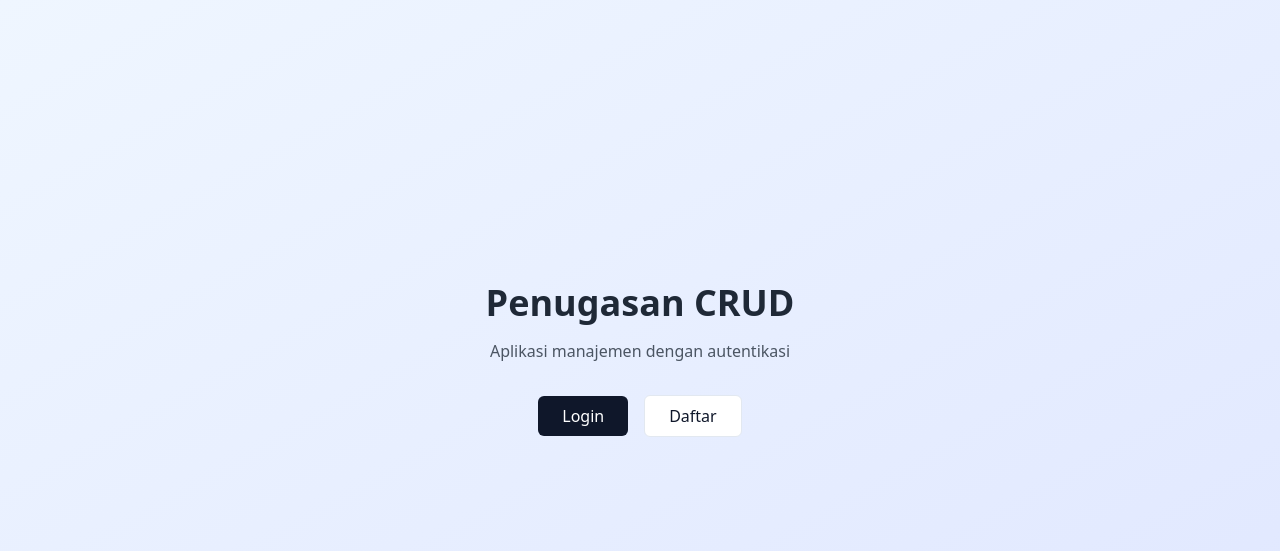
Repository: jalUNStrict/Penugasan_CRUD
Page: / (app in frontend/)
The author's editor kept a copy of each file at every save. The page is drawn from the files as they stood at one save, then again after the next save.
The browser window is 1280 px wide. The pictures show the whole page.
The project was rebuilt for these pictures with package versions that can differ from the ones it lists, and the page was loaded fresh each time. The framework's server and built-in components were replaced by stand-ins that run in the browser. Also part of the build but not shown: frontend/next.config.js.

Above is the page before, as saved 2026-05-21 14:29:58.

### frontend/src/app/layout.tsx
import type { Metadata } from 'next';
import '../globals.css';

export const metadata: Metadata = {
  title: 'Penugasan CRUD',
  description: 'Aplikasi CRUD dengan autentikasi',
};

export default function RootLayout({
  children,
}: {
  children: React.ReactNode;
}) {
  return (
    <html lang="id">
      <body className="bg-slate-50">{children}</body>
    </html>
  );
}

### frontend/src/app/page.tsx
export default function Home() {
  return (
    <div className="min-h-screen flex items-center justify-center bg-gradient-to-br from-blue-50 to-indigo-100">
      <div className="text-center">
        <h1 className="text-4xl font-bold text-gray-800 mb-4">Penugasan CRUD</h1>
        <p className="text-gray-600 mb-8">Aplikasi manajemen dengan autentikasi</p>
        <div className="space-x-4">
          <a
            href="/login"
            className="inline-block px-6 py-2 bg-slate-900 text-white rounded-md hover:bg-slate-800"
          >
            Login
          </a>
          <a
            href="/register"
            className="inline-block px-6 py-2 bg-white text-slate-900 border border-slate-200 rounded-md hover:bg-slate-50"
          >
            Daftar
          </a>
        </div>
      </div>
    </div>
  );
}

### frontend/tailwind.config.ts
import type { Config } from 'tailwindcss'

const config: Config = {
  content: [
    './src/pages/**/*.{js,ts,jsx,tsx,mdx}',
    './src/components/**/*.{js,ts,jsx,tsx,mdx}',
    './src/app/**/*.{js,ts,jsx,tsx,mdx}',
  ],
  theme: {
    extend: {},
  },
  plugins: [],
}
export default config

Loaded but not shown: frontend/src/globals.css (common file)

After the next save:
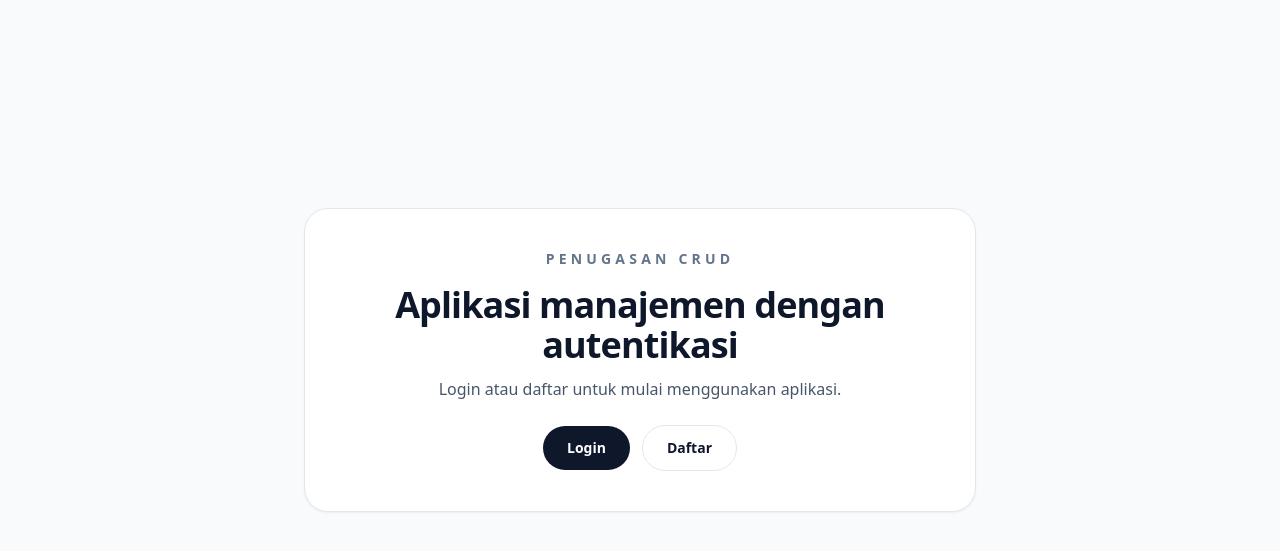
Saved 9 s later.
--- a/frontend/src/app/page.tsx
+++ b/frontend/src/app/page.tsx
@@ -1,22 +1,23 @@
+import Link from 'next/link';
+
 export default function Home() {
   return (
-    <div className="min-h-screen flex items-center justify-center bg-gradient-to-br from-blue-50 to-indigo-100">
-      <div className="text-center">
-        <h1 className="text-4xl font-bold text-gray-800 mb-4">Penugasan CRUD</h1>
-        <p className="text-gray-600 mb-8">Aplikasi manajemen dengan autentikasi</p>
-        <div className="space-x-4">
-          <a
-            href="/login"
-            className="inline-block px-6 py-2 bg-slate-900 text-white rounded-md hover:bg-slate-800"
-          >
-            Login
-          </a>
-          <a
-            href="/register"
-            className="inline-block px-6 py-2 bg-white text-slate-900 border border-slate-200 rounded-md hover:bg-slate-50"
-          >
-            Daftar
-          </a>
+    <div className="min-h-screen flex items-center justify-center bg-slate-50 px-4 py-8">
+      <div className="w-full max-w-2xl rounded-3xl border border-slate-200 bg-white p-10 shadow-sm">
+        <div className="space-y-6 text-center">
+          <div>
+            <p className="text-sm font-semibold uppercase tracking-[0.3em] text-slate-500">Penugasan CRUD</p>
+            <h1 className="mt-4 text-4xl font-semibold tracking-tight text-slate-900">Aplikasi manajemen dengan autentikasi</h1>
+            <p className="mt-3 text-base text-slate-600">Login atau daftar untuk mulai menggunakan aplikasi.</p>
+          </div>
+          <div className="flex flex-col items-center justify-center gap-3 sm:flex-row">
+            <Link href="/login" className="inline-flex items-center justify-center rounded-full bg-slate-900 px-6 py-3 text-sm font-semibold text-white transition-colors hover:bg-slate-800">
+              Login
+            </Link>
+            <Link href="/register" className="inline-flex items-center justify-center rounded-full border border-slate-200 bg-white px-6 py-3 text-sm font-semibold text-slate-900 transition-colors hover:bg-slate-slate-50">
+              Daftar
+            </Link>
+          </div>
         </div>
       </div>
     </div>
